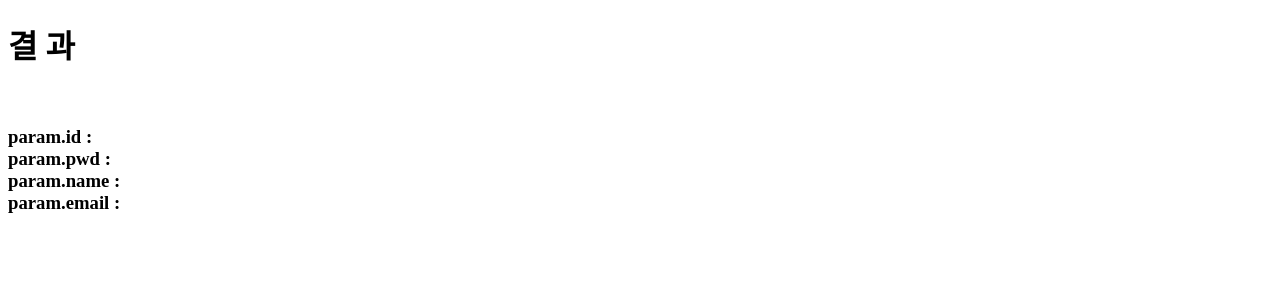
Repository: Jh1227/JSP
Page: http://localhost/12_EL/ex02_param/memberPro.jsp
An editor plug-in stored every save of this project. The page is shown before and after the next save, followed by the edit.
The browser window is 1280 px wide. The pictures show the whole page.
The page is served by Tomcat 9. Other server files are loaded and not shown.

Above is the page before, as saved 2023-04-10 01:33:57.

### 12_EL/src/main/webapp/ex02_param/memberPro.jsp

<!-- ex02_param/memberPro.jsp -->

<%@ page language="java" contentType="text/html; charset=UTF-8"
    pageEncoding="UTF-8"%>
<%
	request.setCharacterEncoding("utf-8");
%>
<!DOCTYPE html>
<html>
<head>
<meta charset="UTF-8">
<title>memberPro.jsp</title>
</head>
<body>
	<h1>결 과</h1>
	<br>
	<h3>
		param.id : ${ param.id }<br>
		param.pwd : ${ param.pwd }<br>
		param.name : ${ param.name }<br>
		param.email : ${ param.email }<br>
	</h3>
</body>
</html>

After the next save:
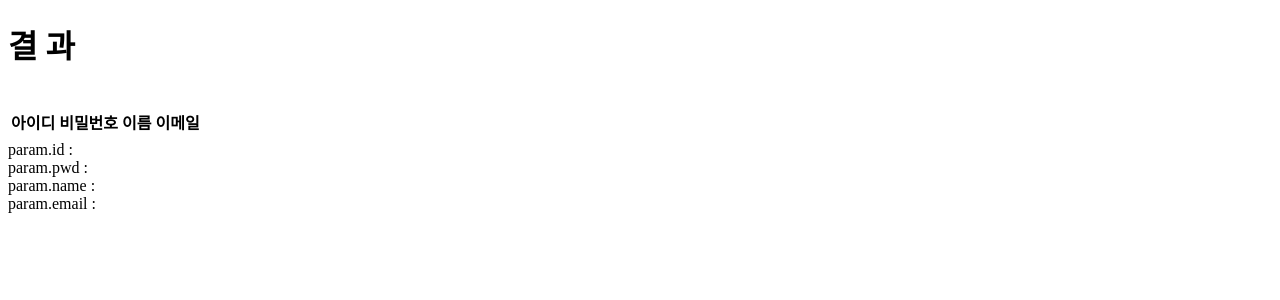
Saved 3 min 22 s later.
--- a/12_EL/src/main/webapp/ex02_param/memberPro.jsp
+++ b/12_EL/src/main/webapp/ex02_param/memberPro.jsp
@@ -15,7 +15,21 @@
 <body>
 	<h1>결 과</h1>
 	<br>
-	<h3>
+	<table>
+		<tr>
+			<th>아이디</th>
+			<th>비밀번호</th>
+			<th>이름</th>
+			<th>이메일</th>
+		</tr>
+		<tr>
+			<td>${ param.id }</td>
+			<td>${ param.pwd }</td>
+			<td>${ param.name }</td>
+			<td>${ param.email }</td>
+		</tr>
+	</table>
+
 		param.id : ${ param.id }<br>
 		param.pwd : ${ param.pwd }<br>
 		param.name : ${ param.name }<br>
